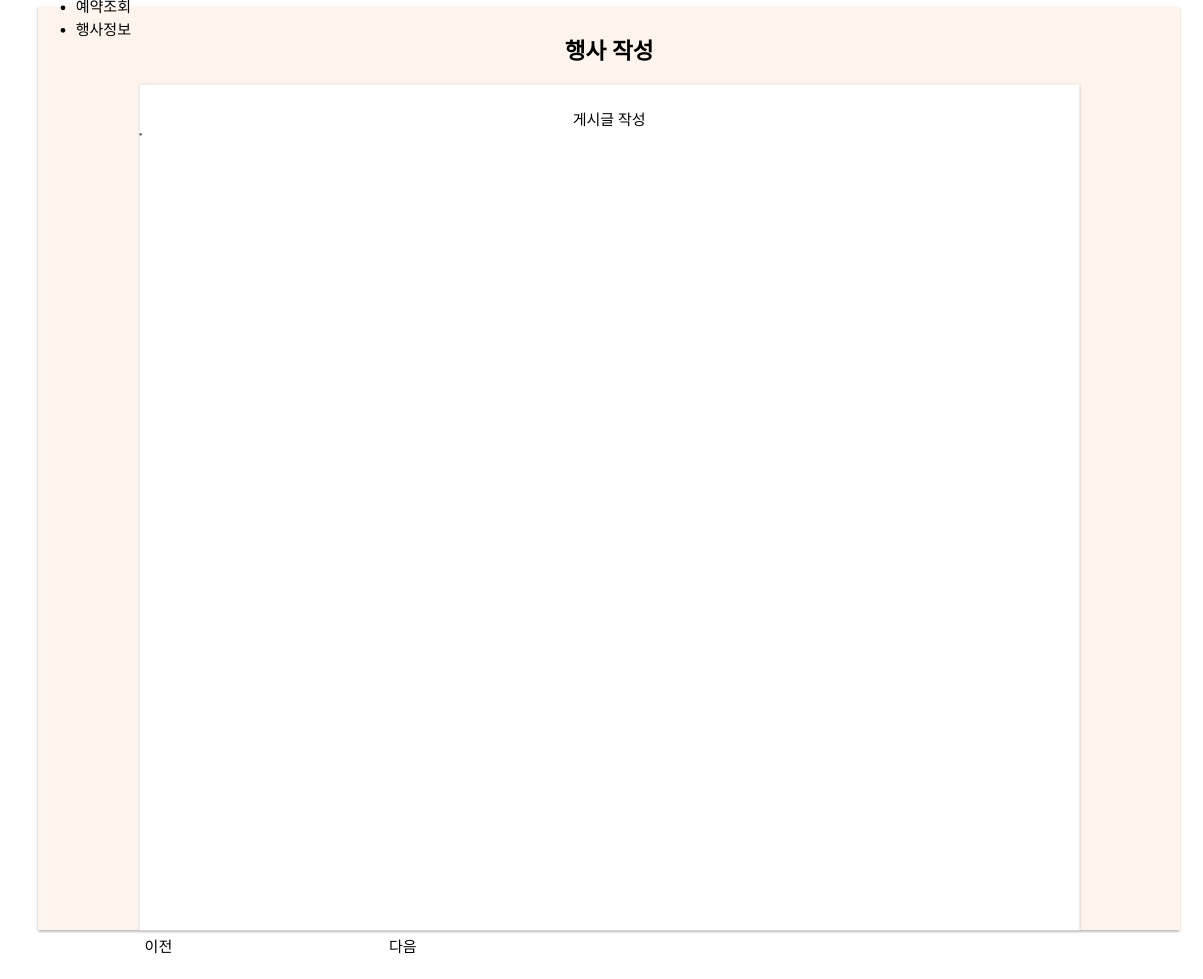
Repository: Changgyu1/Chang_Gu
Page: http://localhost/Project/EventPostingServlet
These files come from the project's save history. The page is drawn as it stood at one moment and after the next save; the edit follows.
The browser window is 1280 px wide. The pictures show the whole page, at 94% of full size.
Some web fonts or font styles are not loaded; a fallback is used. The page is served by Tomcat 9. Queries for data that is not in the repository find no rows.

Above is the page before, as saved 2023-11-13 15:22:11.

After the next save:
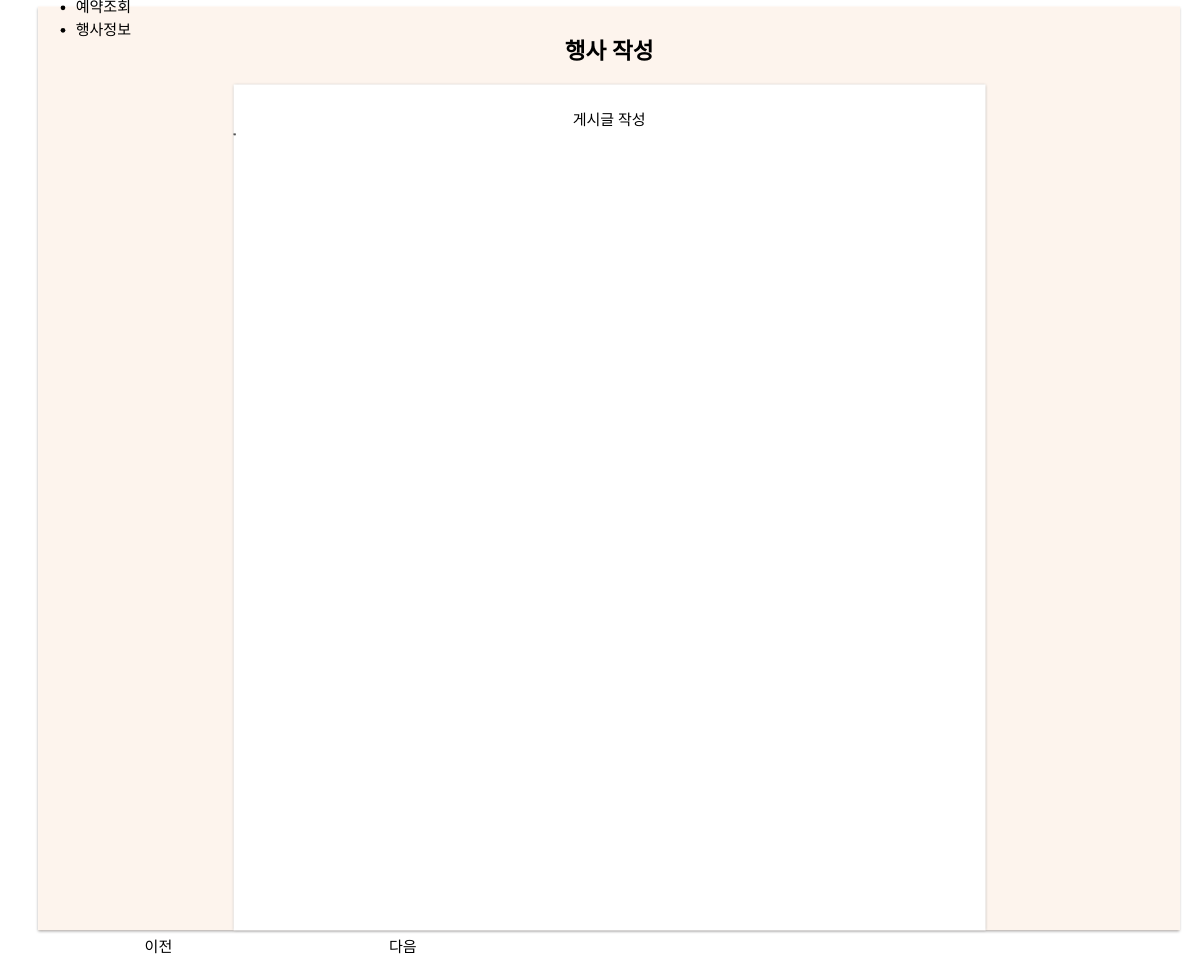
Saved 16 s later.
--- a/Project/src/main/webapp/css/event.css
+++ b/Project/src/main/webapp/css/event.css
@@ -75,7 +75,7 @@
     #whitebox{
     box-sizing: border-box;
     	padding-top:20px;
-    	max-width: 1000px;
+    	width: 800px;
     	height: 900px;
         margin-left:auto;
         margin-right:auto;
